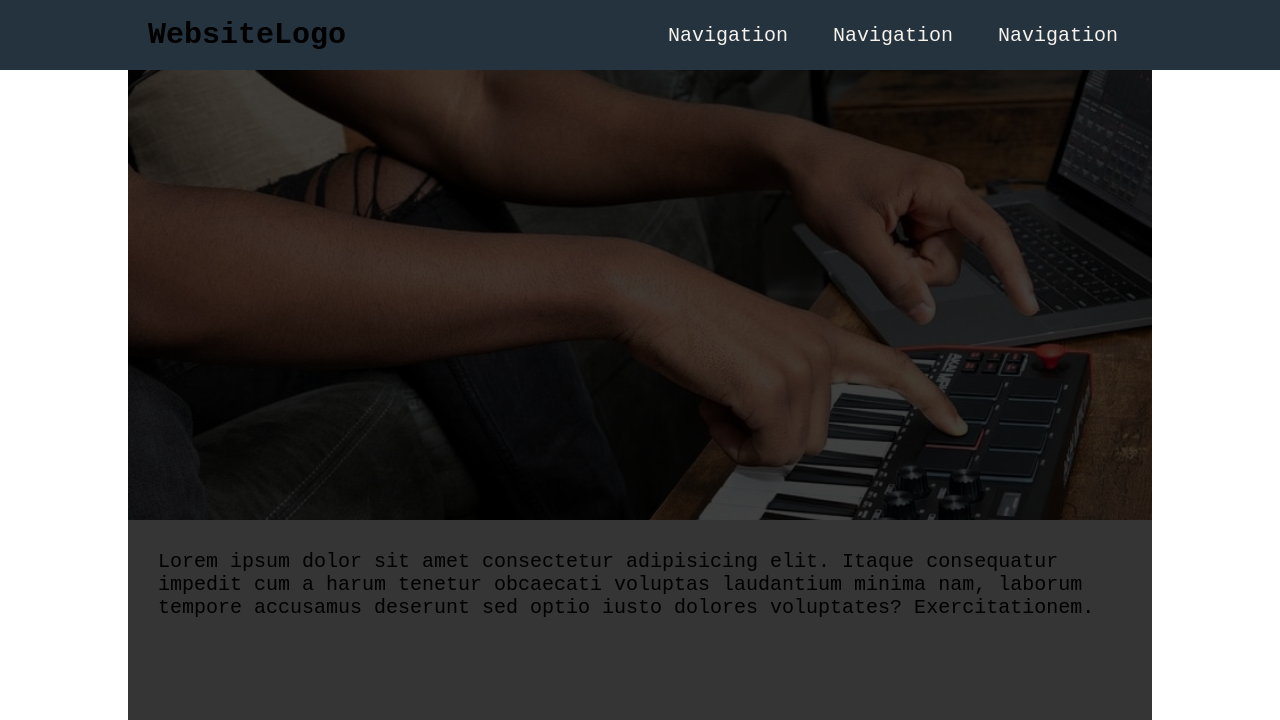
Repository: piotrokrutniak/Projekt-Studia
Page: index.html
These files come from the project's save history. The page is drawn as it stood at one moment and after the next save; the edit follows.
The browser window is 1280 px wide. The pictures show the whole page.

Above is the page before, as saved 2023-03-04 13:52:21.

### index.html
<!DOCTYPE html>
<head>
    <meta charset="UTF-8" />
    <meta http-equiv="X-UA-Compatible" content="IE=edge" />
    <meta name="viewport" content="width=device-width, initial-scale=1.0" />
    <link rel="stylesheet" type="text/css" href="styles.css" />
    <title>Website Title</title>
</head>
<body>
    <div class="navbar-container">
        <div class="navbar">
            <div class="logo">
                <div class="logo-contents">
                    WebsiteLogo
                </div>
            </div>
            <div class="navigation">
                <a href="/index" class="navigation-link">
                    <div class="navigation-button">
                        Navigation
                    </div>
                </a>
                <a href="/index" class="navigation-link">
                    <div class="navigation-button">
                        Navigation
                    </div>
                </a>
                <a href="/index" class="navigation-link">
                    <div class="navigation-button">
                        Navigation
                    </div>
                </a>
            </div>
        </div>
    </div>

    <div class="main-section">
        <div class="carousel-section">
            <img class="carousel-img" src="img/Hero-2.jpg" alt="MIDI controller on a table">
        </div>
        <div class="text-section">
        Lorem ipsum dolor sit amet consectetur adipisicing elit. Itaque consequatur impedit cum a harum tenetur obcaecati voluptas laudantium minima nam, laborum tempore accusamus deserunt sed optio iusto dolores voluptates? Exercitationem.
        </div>
    </div>
</body>

### styles.css
:root{
    --nav-link-width: 150px;
}

body{
    font-family: monospace;
    margin: 0;
    min-width: 328px;
}

.navbar-container{
    width: 100%;
    height: 70px;
    background: rgb(36, 51, 61);
    position: sticky;
    top: 0;
    max-width: 100%;
    overflow: hidden;

}

.navbar{
    position: relative;
    max-width: 1024px;
    min-width: 328px;
    height: 50px;
    top: 0px;
    margin: auto;
    display: flex;
    flex-direction:row;
    justify-content: space-between;
    top: 50%;
    -ms-transform: translateY(-50%);
    transform: translateY(-50%);
    font-size: 20px;
}

a{
    text-decoration: none;
    color:rgba(245, 242, 238);
}

.navigation{
    display: grid;
    grid-template-columns: var(--nav-link-width) var(--nav-link-width) var(--nav-link-width);
    grid-gap: 15px;
    padding-right: 20px;
}

.navigation-link{
    position: relative;
    padding-left: 15px;
    padding-right: 15px;
    transition: 0.15s;
    transition-timing-function: ease-in-out;
    border: 1px solid;
    border-radius: 5px;
    border-color: rgba(255, 255, 255, 0);
}

.navigation-link:hover{
    border-color: rgba(255, 255, 255, 0.103);

}

.navigation-button{
    text-align: center;
    position: relative;
    top: 50%;
    -ms-transform: translateY(-50%);
    transform: translateY(-50%);
}

.logo{
    position: relative;
    height: 49px;
    padding-left: 20px;
    padding-right: 20px;
    font-weight: 900;
    font-size: 30px;
}

.logo-contents{
    text-align: center;
    position: relative;
    top: 50%;
    -ms-transform: translateY(-50%);
    transform: translateY(-50%);
}

.main-section{
    position: relative;
    max-width: 1024px;
    min-width: 328px;
    min-height: calc(100vh - 70px);
    margin: auto;
    font-size: 20px;
    background: rgb(53, 53, 53);
}

.carousel-section{
    position: relative;
    width: 100%;
    height: 450px;
    background: floralwhite;
}

@media screen and (max-width:750px){
    .carousel-section{
        min-height: 300px;
        height: auto;
    }
}

.carousel-section{
    background: black;
    max-width: 100%;
    width: 100%;
    text-align:center;
    position: sticky;
    margin: auto;
    max-height:calc(100vh - 80px);
    min-height: 250px;
    overflow: hidden;
}

.carousel-img{
    width: 100%;
    max-height:calc(100vh - 80px);
    display: flex;
    position: sticky;
    flex-shrink:0;
    object-fit:cover;
    min-height: 250px;

    object-fit: cover;
    opacity: 0.25;
}

.text-section{
    padding: 30px;
}

After the next save:
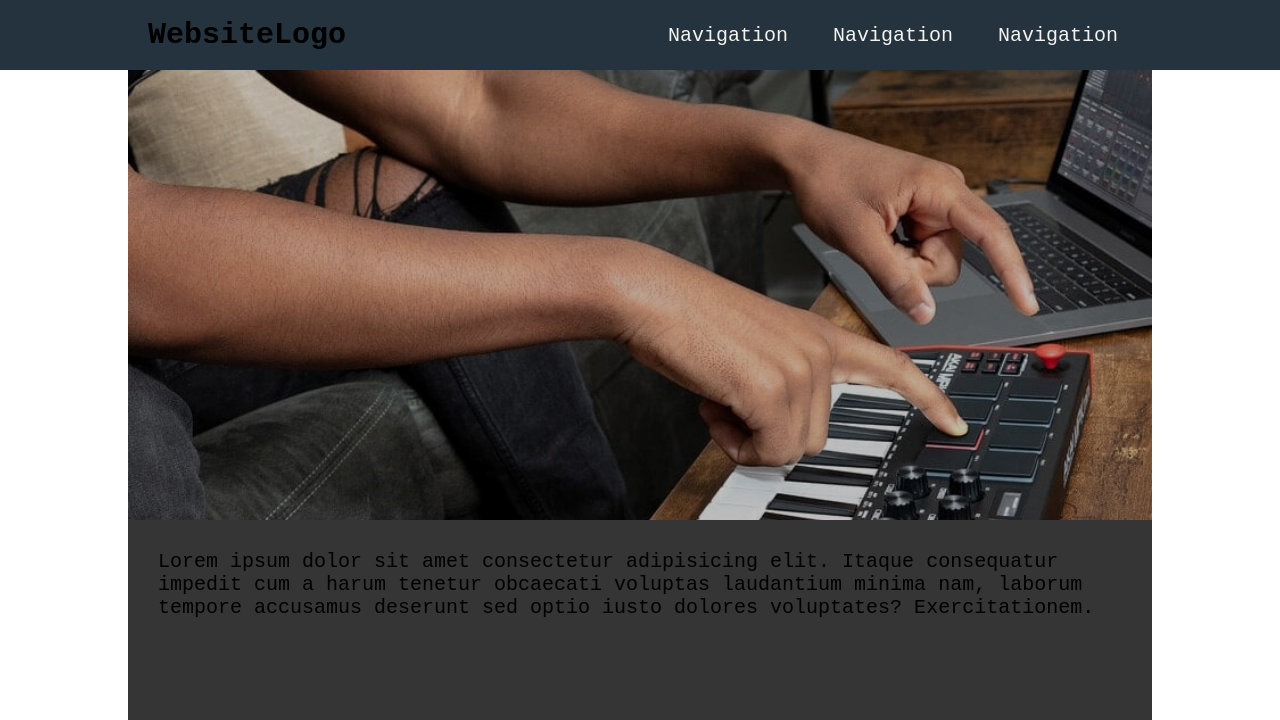
Saved 18 min 43 s later.
--- a/styles.css
+++ b/styles.css
@@ -134,7 +134,7 @@ a{
     min-height: 250px;
 
     object-fit: cover;
-    opacity: 0.25;
+    opacity: 0.75;
 }
 
 .text-section{
